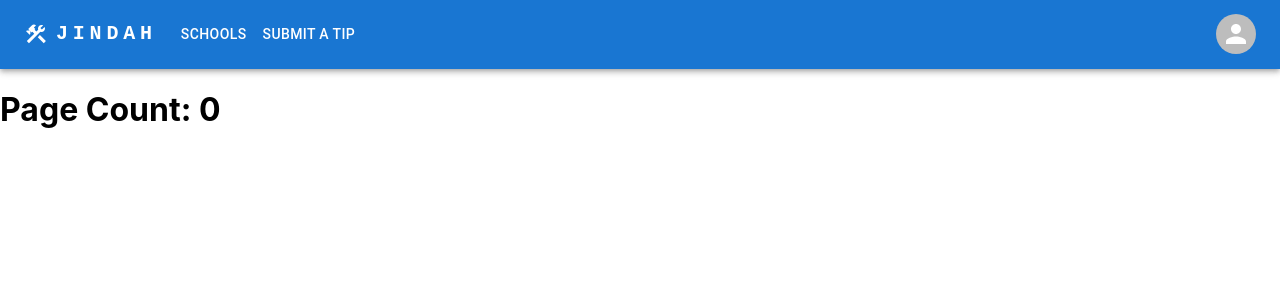
Repository: annferracane/phase-5-project
Page: /submit-a-job (app in client/)
These files come from the project's save history. The page is drawn as it stood at one moment and after a run of saves; the edit follows.
The browser window is 1280 px wide. The pictures show the whole page.
The page's requests for data from a server got no answer. The project was rebuilt for these pictures with package versions that can differ from the ones it lists, and the page was loaded fresh each time. No one was signed in, and anything a server would have sent is missing.

Above is the page before, as saved 2023-02-24 11:40:19.

After the next 2 saves:
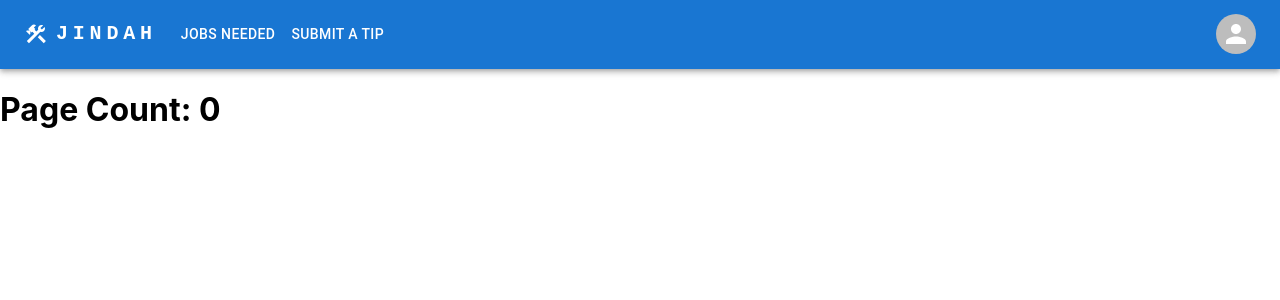
The 2 saves are shown as one change because they came seconds apart.
The last was saved 64 s later.
--- a/client/src/components/Navigation.js
+++ b/client/src/components/Navigation.js
@@ -25,7 +25,7 @@ function Navigation() {
   const [anchorElUser, setAnchorElUser] = React.useState(null);
 
   const pages = [
-    { name: 'Schools', link: '/schools' },
+    { name: 'Jobs Needed', link: '/jobs-needed' },
     { name: 'Submit a Tip', link: '/submit-a-tip' }
   ];
 
